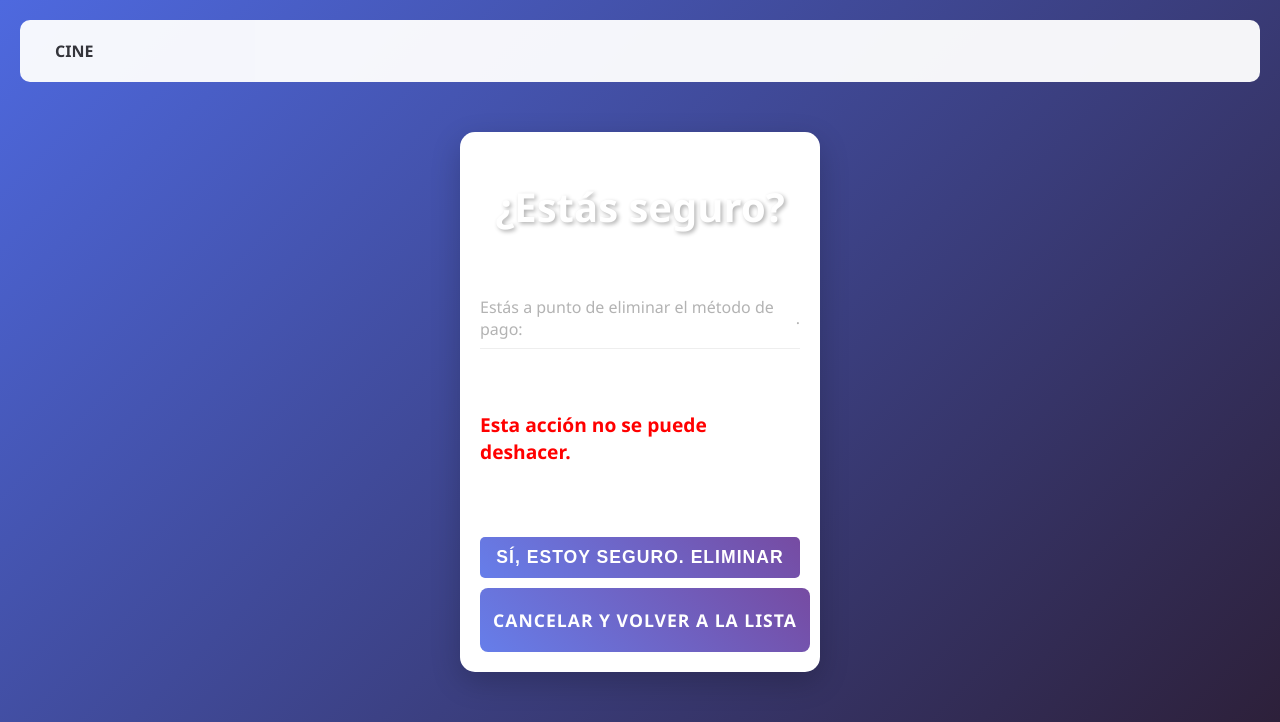
Repository: RoyScc/Practico-Django
Page: tickets/templates/tickets/borrar_metodo.html
These files come from the project's save history. The page is drawn as it stood at one moment and after the next save; the edit follows.
The browser window is 1280 px wide. The pictures show the whole page.
The page is served by the project's application, run on Django 5.2 (manage.py). Other server files are loaded and not shown. The template is opened directly, without the code that normally fills it, so the values that code supplies are empty.

Above is the page before, as saved 2026-05-14 00:09:40.

### tickets/templates/tickets/borrar_metodo.html
{% extends 'tickets/base.html' %}

{% block title %}Eliminar Método{% endblock %}

{% block body %}
<div class="cartelera">
    <div class="ticket-item">
        <h1>¿Estás seguro?</h1>

        <p>Estás a punto de eliminar el método de pago: <strong>{{ metodo.nombre }}</strong>.</p>
        <p style="color: red;">Esta acción no se puede deshacer.</p>

        <!-- Formulario de confirmación de borrado -->
        <form method="POST">
            {% csrf_token %}
            <button type="submit" style="padding: 10px; background-color: red; color: white; border: none; border-radius: 5px; cursor: pointer;">Sí, estoy seguro. Eliminar</button>
            <a class="button" href="{% url 'lista_metodos' %}">Cancelar y volver a la lista</a>
        </form>
    </div>

</div>

{% endblock %}

### tickets/templates/tickets/base.html
{% load static %}

<!DOCTYPE html>
<html lang="en">
<head>
    <meta charset="UTF-8">
    <meta name="viewport" content="width=device-width, initial-scale=1.0">
    <link rel="stylesheet" href="{% static 'tickets/styles.css' %}">
    <link rel="icon" href="templates/tickets/images/cine.png" type="image/png">
    <title>{% block title %} Tickets {% endblock %}</title>
</head>
<body>
    <nav className="navbar2">
        {% if request.resolver_match.url_name == 'cine' %}
            <a href="{% url 'lista_metodos' %}">Metodos</a>
        {% endif %}
        <a href="{% url 'cine' %}">Cine</a>
        {% if request.resolver_match.url_name == 'lista_metodos' %}
            <a href="{% url 'crear_metodo_pago' %}">Crear método de pago</a>
        {% endif %}
    </nav>

    {% block body %}{% endblock %}

</body>
</html>

### TicketERA/urls.py
"""
URL configuration for TicketERA project.

The `urlpatterns` list routes URLs to views. For more information please see:
    https://docs.djangoproject.com/en/6.0/topics/http/urls/
Examples:
Function views
    1. Add an import:  from my_app import views
    2. Add a URL to urlpatterns:  path('', views.home, name='home')
Class-based views
    1. Add an import:  from other_app.views import Home
    2. Add a URL to urlpatterns:  path('', Home.as_view(), name='home')
Including another URLconf
    1. Import the include() function: from django.urls import include, path
    2. Add a URL to urlpatterns:  path('blog/', include('blog.urls'))
"""
from django.contrib import admin
from django.urls import path, include

urlpatterns = [
    path('admin/', admin.site.urls),
    path('', include("tickets.urls"))
]

### tickets/urls.py
from django.urls import path, include

from . import views

urlpatterns = [
    # path('', views.index, name="index"),
    path('cine/', views.cine, name="cine"),
    path('tickets/', views.tickets, name="tickets"),
    path('metodos/', views.lista_metodos_pago, name="lista_metodos"),
    path('metodos/crear', views.crear_metodo_pago, name="crear_metodo_pago"),
    path('metodos/editar/<int:id>/', views.editar_metodo, name="editar_metodo"),
    path('metodos/borrar/<int:id>/', views.borrar_metodo, name="borrar_metodo"),
]

### tickets/static/tickets/styles.css
/* Estilos generales para la página */
body {
    font-family: 'Segoe UI', Tahoma, sans-serif;
    background: linear-gradient(135deg, #4e69df 0%, #2d203a 100%);
    min-height: 100vh;
    margin: 0;
    padding: 20px;
    gap: 20px;
    display: flex;
    flex-direction: column;
    box-sizing: border-box;
    flex: 1;
}

nav{
    justify-content: space-around;
    background: white;
    opacity: 0.95;
    margin: 0;
    padding: 10px 20px;
    border-radius: 10px;

}

.navbar {
    display: flex;
    justify-content: flex-end;
    align-items: center;
}

a {
    display: inline-block;
    color: #333;
    text-decoration: none;
    font-weight: bold;
    padding: 10px 15px;
    border-radius: 5px;
    transition: background 0.3s ease;
    text-transform: uppercase;
    /*background: #686666;*/
}

a:hover {
    background: #667eea;
    color: white;
}


h1, h4 {
    color: white;
    text-align: center;
    margin-bottom: 30px;
    text-shadow: 2px 2px 4px rgba(0,0,0,0.3);
}

h1 {
    font-size: 2.5rem;
    margin-bottom: 10px;
}

h4 {
    font-size: 1.2rem;
    opacity: 0.9;
}

.cartelera {
    display: flex;
    flex-wrap: wrap;
    justify-content: center;
    gap: 40px;
    padding: 30px;
}
.ticket-item {
    background: white;
    border-radius: 15px;
    padding: 20px;

    display: flex;
    flex-direction: column;
    justify-content: space-between;

    width: 320px;
    min-height: 500px;

    box-shadow: 0 10px 30px rgba(0,0,0,0.2);

    transition: transform 0.3s ease;
}

.ticket-item:hover {
    transform: translateY(-5px);
}

.ticket-item a {
    display: inline-block;
    margin-top: 10px;
}

.form {
    display: block;
    margin-top: 0em;
    unicode-bidi: isolate;
}

/* Tablet
@media (max-width: 768px) {
    .cartelera {
        gap: 15px;
        padding: 15px;
    }
}*/

/* Mobile
@media (max-width: 480px) {
    .cartelera {
        gap: 10px;
        padding: 10px;
    }

    .ticket-item {
        width: 100%;
        max-width: 300px;
    }
}*/

h3 {
    color: #fdfdfd;
    font-size: 1.5rem;
    margin-bottom: 20px;
    text-align: center;
    border-bottom: 3px solid #667eea;
    padding-bottom: 10px;
}

.h3 {
    color: #000000;
    font-size: 1.5rem;
    margin-bottom: 20px;
    text-align: center;
    border-bottom: 3px solid #667eea;
    padding-bottom: 10px;
}

p {
    color: #b3b3b3;
    font-size: 1rem;
    margin: 10px 0;
    padding: 8px 0;
    border-bottom: 1px solid #eee;
    display: flex;
    justify-content: space-between;
    align-items: center;
}

p:last-of-type {
    border-bottom: none;
    font-weight: bold;

    font-size: 1.2rem;
}

.pcartelera {
    color: #070202;
    font-size: 1rem;
    margin: 10px 0;
    padding: 8px 0;
    border-bottom: 1px solid #eee;
    display: flex;
    justify-content: space-between;
    align-items: center;
}

button {
    width: 100%;
    background: linear-gradient(45deg, #667eea, #764ba2);
    color: white;
    border: none;
    padding: 20px 20px;
    font-size: 1.1rem;
    font-weight: bold;
    border-radius: 8px;
    cursor: pointer;
    margin-top: 20px;
    transition: all 0.3s ease;
    text-transform: uppercase;
    letter-spacing: 1px;
}

button:hover {
    background: linear-gradient(45deg, #5a6fd8, #6a4190);
    transform: scale(1.05);
    box-shadow: 0 5px 15px rgba(102, 126, 234, 0.4);
}

.button {
    width: 100%;
    background: linear-gradient(45deg, #667eea, #764ba2);
    color: white;
    border: none;
    padding: 20px 5px;
    font-size: 1.1rem;
    font-weight: bold;
    border-radius: 8px;
    text-align: center;
    cursor: pointer;
    margin-top: 10px;
    transition: all 0.3s ease;
    text-transform: uppercase;
    letter-spacing: 1px;
}

.button:hover {
    background: linear-gradient(45deg, #5a6fd8, #6a4190);
    transform: scale(1.05);
    box-shadow: 0 5px 15px rgba(102, 126, 234, 0.4);
}


.ticket {
    margin-bottom: 20px;
    padding: 20px;
    border-radius: 10px;
    box-shadow: 0 5px 15px rgba(0,0,0,0.1);
    space
}

button:active {
    transform: scale(0.98);
}

.fecha-icon::before {
content: '📅 ';
margin-right: 8px;
font-weight: bold;
}

.ubicacion-icon::before {
    content: '📍';
    margin-right: 8px;
    font-weight: bold;
}

.precio-icon::before {
    content: '💵 ';
    margin-right: 8px;
    font-weight: bold;
}
/*
.carousel {
    display: flex;
    gap: 20px;
    overflow-x: auto;
    padding: 20px;
    scroll-behavior: smooth;
}

.carousel::-webkit-scrollbar {
    height: 10px;
}

.carousel::-webkit-scrollbar-thumb {
    background: #667eea;
    border-radius: 10px;
}

.ticket-item {
    min-width: 250px;
    background: white;
    border-radius: 15px;
    padding: 15px;
    flex-shrink: 0;
    box-shadow: 0 4px 10px rgba(0,0,0,0.1);
    text-align: center;
}

.ticket-img {
    width: 100%;
    height: 300px;
    object-fit: cover;
    border-radius: 10px;
}

.ticket-empty {
    text-align: center;
    padding: 50px;
}*/

After the next save:
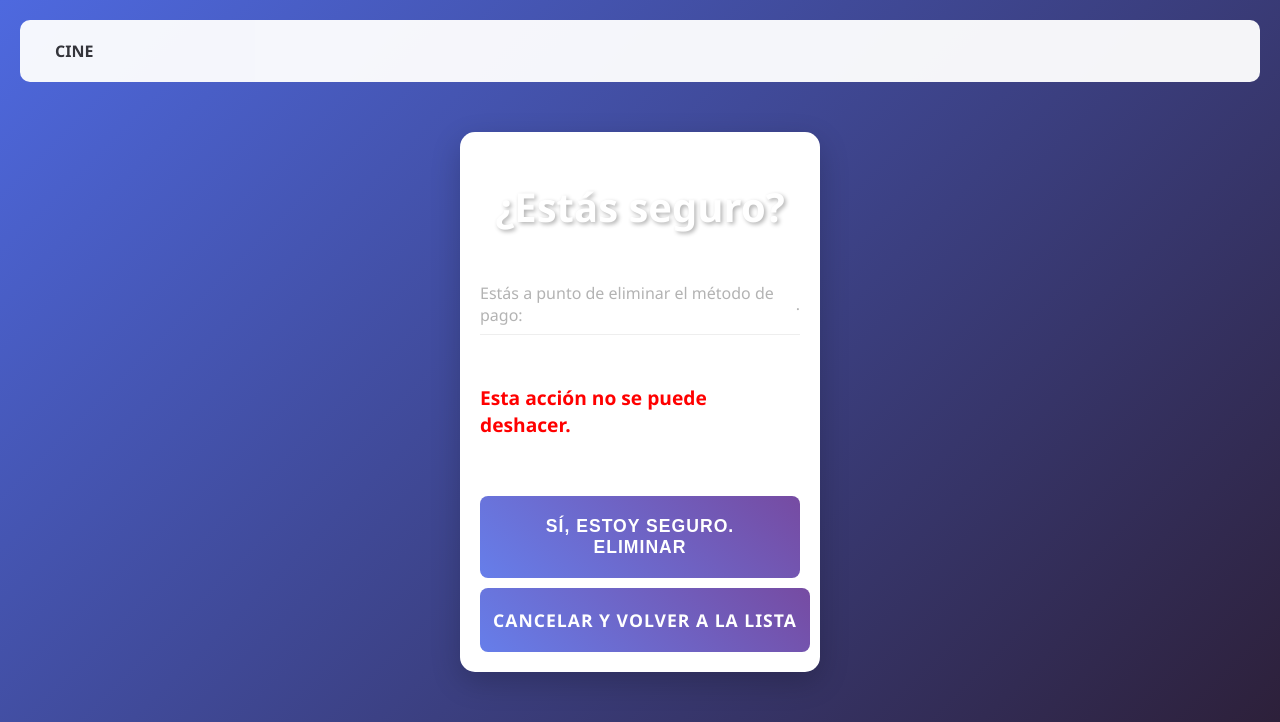
Saved 15 s later.
--- a/tickets/templates/tickets/borrar_metodo.html
+++ b/tickets/templates/tickets/borrar_metodo.html
@@ -13,7 +13,7 @@
         <!-- Formulario de confirmación de borrado -->
         <form method="POST">
             {% csrf_token %}
-            <button type="submit" style="padding: 10px; background-color: red; color: white; border: none; border-radius: 5px; cursor: pointer;">Sí, estoy seguro. Eliminar</button>
+            <button type="submit">Sí, estoy seguro. Eliminar</button>
             <a class="button" href="{% url 'lista_metodos' %}">Cancelar y volver a la lista</a>
         </form>
     </div>
